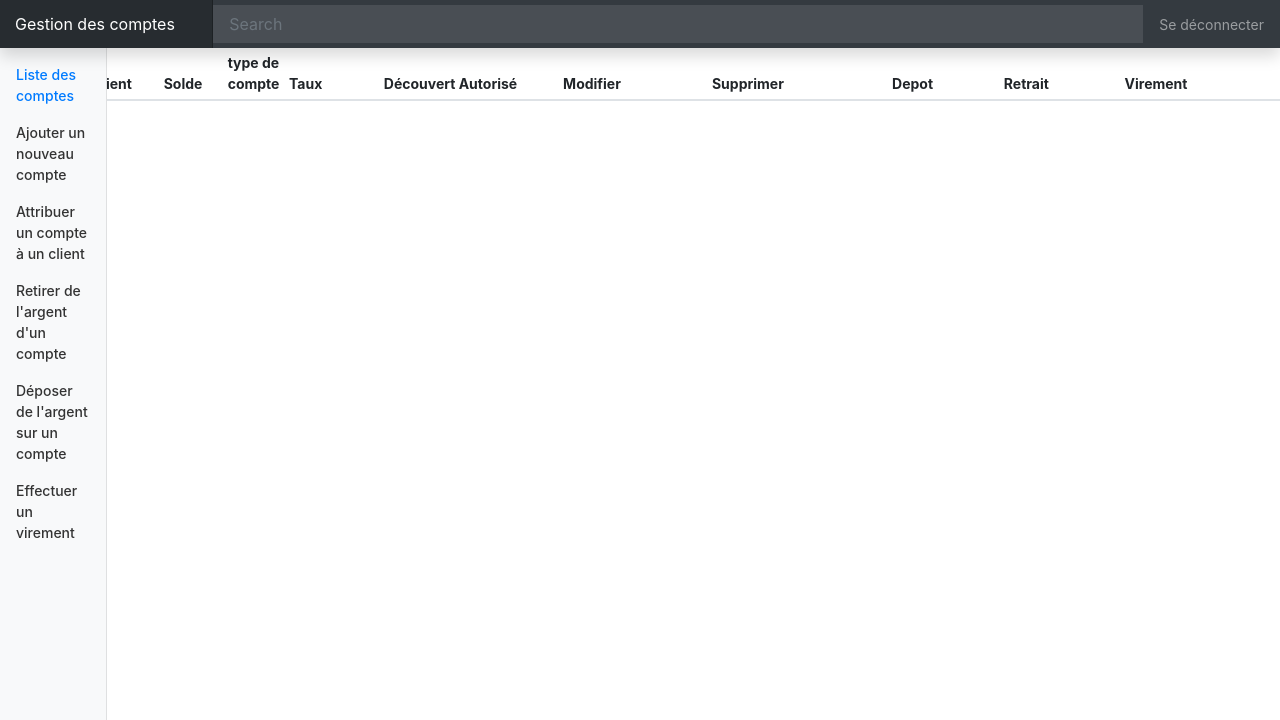
Repository: liiiseee/Projet
Page: http://localhost/02_projet_gestion_clients_compte/menu-comptes.jsp
The author's editor kept a copy of each file at every save. The page is drawn from the files as they stood at one save, then again after the next save.
The browser window is 1280 px wide. The pictures show the whole page.
The page is served by Tomcat 9. Other server files are loaded and not shown. The template is opened directly, without the code that normally fills it, so the values that code supplies are empty.

Above is the page before, as saved 2020-03-30 15:24:18.

### 02_projet_gestion_clients_compte/WebContent/menu-comptes.jsp
<%@ page language="java" contentType="text/html; charset=ISO-8859-1"
    pageEncoding="ISO-8859-1"%>

<%@ taglib uri="http://java.sun.com/jsp/jstl/core" prefix="c"%>
<!DOCTYPE html>
<html>
<head>
<meta charset="ISO-8859-1">
<title>liste comptes</title>
<link href="assets/styles/bootstrap.min.css" rel="stylesheet" >

 <style>
      .bd-placeholder-img {
        font-size: 1.125rem;
        text-anchor: middle;
        -webkit-user-select: none;
        -moz-user-select: none;
        -ms-user-select: none;
        user-select: none;
      }

      @media (min-width: 768px) {
        .bd-placeholder-img-lg {
          font-size: 3.5rem;
        }
      }
    </style>
    <!-- Custom styles for this template -->
    <link href="assets/styles/dashboard.css" rel="stylesheet">
</head>
<body>

    <nav class="navbar navbar-dark fixed-top bg-dark flex-md-nowrap p-0 shadow">
  <a class="navbar-brand col-sm-3 col-md-2 mr-0" href="#">Gestion des comptes</a>
  <input class="form-control form-control-dark w-100" type="text" placeholder="Search" aria-label="Search">
  <ul class="navbar-nav px-3">
    <li class="nav-item text-nowrap">
      <a class="nav-link" href="authentification-servlet?destroy=true">Se déconnecter</a>
    </li>
  </ul>
</nav>

<div class="container-fluid" >
  <div class="row">
    <nav class="col-md-1 d-none d-md-block bg-light sidebar" >
      <div class="sidebar-sticky">
        <ul class="nav flex-column">
          <li class="nav-item">
            <a class="nav-link active" href="#">
              <span data-feather="home"></span>
              Liste des comptes <span class="sr-only">(current)</span>
            </a>
          </li>
          <li class="nav-item">
            <a class="nav-link" href="ajout-compte.jsp">
              <span data-feather="file"></span>
              Ajouter un nouveau compte
            </a>
          </li>
          <li class="nav-item">
            <a class="nav-link" href="attribuer-compte.jsp">
              <span data-feather="file"></span>
              Attribuer un compte à un client
            </a>
          </li>
         <li class="nav-item">
          <input type="hidden" name="action" value="liste"/>
            <a class="nav-link" href="menu-retrait.jsp">
              <span data-feather="shopping-cart"></span>
              Retirer de l'argent d'un compte
            </a>
          </li>

          <li class="nav-item">
          <input type="hidden" name="action" value="dep"/>
            <a class="nav-link" href="menu-depot.jsp">
              <span data-feather="users"></span>
             Déposer de l'argent sur un compte
            </a>
          </li>
          <li class="nav-item">
            <a class="nav-link" href="#">
              <span data-feather="bar-chart-2"></span>
              Effectuer un virement
            </a>
          </li>
          </ul>



      </div>
    </nav>
    </div>
    </div>





   <h2>Liste des comptes</h2>

     <div class="table-responsive">
       <table  class="table table-striped table-sm">




          <thead >
            <tr>
              	<th class="col-md-1" style="width:5px;">ID</th>
              	<th class="col-md-1" style="width:10%;">Id du client</th>
	 			<th class="col-md-1" style="width:5%;">Solde</th>
	 			<th class="col-md-1" style="width:2%;">type de compte</th>
	 			<th class="col-md-1" style="width:10px;">Taux</th>
	 			<th class="col-md-1" style="width:10px;">Découvert Autorisé</th>
	 			<th class="col-md-1" style="width:10px;">Modifier</th>
	 			<th class="col-md-1" style="width:10px;">Supprimer</th>
	 			<th class="col-md-1" style="width:10px;">Depot</th>
	 			<th class="col-md-1" style="width:10px;">Retrait</th>
	 			<th class="col-md-1" style="width:10px;">Virement</th>

            </tr>
          </thead>
          <tbody>
            <c:forEach items="${liste_comptes}" var="compte">
	 			<tr>

	 				<td>${compte.idCompte }</td>
	 				<td> ${compte.clientID } </td>
	 				<td> ${compte.solde } </td>
	 				<td> ${compte.typeCompte } </td>
	 				<td> ${compte.taux } </td>
	 				<td> ${compte.decouvert } </td>
	 				<td>
	 					<a href="gestion-compte-servlet?action=modif&id-compte=${compte.idCompte}">modifier</a>
	 				</td>


	 				<td>
	 					<a href="gestion-compte-servlet?action=supp&id-compte=${compte.idCompte}">supprimer</a>
	 				</td>

	 				<td>
	 					<a href="gestion-compte-servlet?action=depot&id-compte=${compte.idCompte}">depot</a>
	 				</td>

	 				<td>
	 					<a href="gestion-compte-servlet?action=retrait&id-compte=${compte.idCompte}">retrait</a>
	 				</td>
	 				<td>
	 					<a href="gestion-compte-servlet?action=virement&id-compte=${compte.idCompte}">virement</a>
	 				</td>




	 				</tr>

            </c:forEach>


          </tbody>

        </table>

            </div>




</body>
</html>

### 02_projet_gestion_clients_compte/WebContent/assets/styles/dashboard.css
@charset "ISO-8859-1";

body {
  font-size: .875rem;
}

.feather {
  width: 16px;
  height: 16px;
  vertical-align: text-bottom;
}

/*
 * Sidebar
 */

.sidebar {
  position: fixed;
  top: 0;
  bottom: 0;
  left: 0;
  z-index: 100; /* Behind the navbar */
  padding: 48px 0 0; /* Height of navbar */
  box-shadow: inset -1px 0 0 rgba(0, 0, 0, .1);
}

.sidebar-sticky {
  position: relative;
  top: 0;
  height: calc(100vh - 48px);
  padding-top: .5rem;
  overflow-x: hidden;
  overflow-y: auto; /* Scrollable contents if viewport is shorter than content. */
}

@supports ((position: -webkit-sticky) or (position: sticky)) {
  .sidebar-sticky {
    position: -webkit-sticky;
    position: sticky;
  }
}

.sidebar .nav-link {
  font-weight: 500;
  color: #333;
}

.sidebar .nav-link .feather {
  margin-right: 4px;
  color: #999;
}

.sidebar .nav-link.active {
  color: #007bff;
}

.sidebar .nav-link:hover .feather,
.sidebar .nav-link.active .feather {
  color: inherit;
}

.sidebar-heading {
  font-size: .75rem;
  text-transform: uppercase;
}

/*
 * Content
 */

[role="main"] {
  padding-top: 133px; /* Space for fixed navbar */
}

@media (min-width: 768px) {
  [role="main"] {
    padding-top: 48px; /* Space for fixed navbar */
  }
}

/*
 * Navbar
 */

.navbar-brand {
  padding-top: .75rem;
  padding-bottom: .75rem;
  font-size: 1rem;
  background-color: rgba(0, 0, 0, .25);
  box-shadow: inset -1px 0 0 rgba(0, 0, 0, .25);
}

.navbar .form-control {
  padding: .75rem 1rem;
  border-width: 0;
  border-radius: 0;
}

.form-control-dark {
  color: #fff;
  background-color: rgba(255, 255, 255, .1);
  border-color: rgba(255, 255, 255, .1);
}

.form-control-dark:focus {
  border-color: transparent;
  box-shadow: 0 0 0 3px rgba(255, 255, 255, .25);
}

Loaded but not shown: 02_projet_gestion_clients_compte/WebContent/assets/styles/bootstrap.min.css (library)

After the next save:
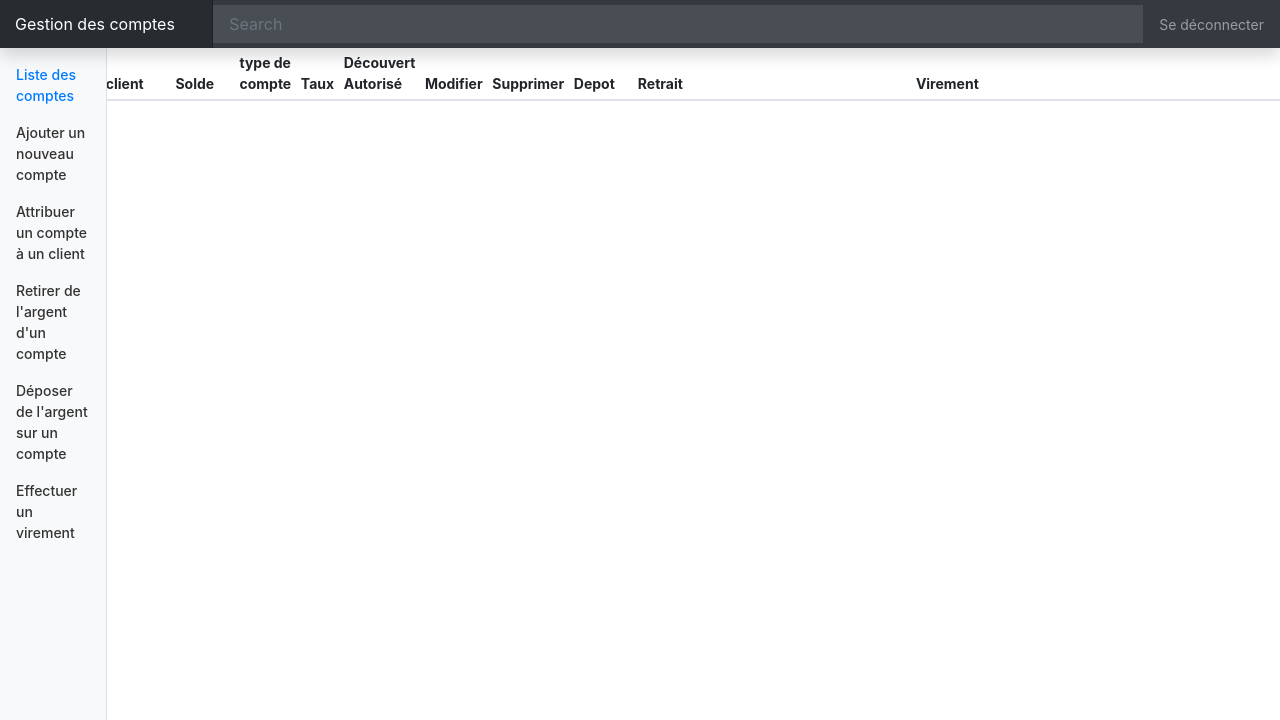
Saved 2 min 5 s later.
--- a/02_projet_gestion_clients_compte/WebContent/menu-comptes.jsp
+++ b/02_projet_gestion_clients_compte/WebContent/menu-comptes.jsp
@@ -107,15 +107,15 @@
 
           <thead >
             <tr>
-              	<th class="col-md-1" style="width:5px;">ID</th>
+              	<th class="col-md-1" style="width:5%;">ID</th>
               	<th class="col-md-1" style="width:10%;">Id du client</th>
 	 			<th class="col-md-1" style="width:5%;">Solde</th>
 	 			<th class="col-md-1" style="width:2%;">type de compte</th>
-	 			<th class="col-md-1" style="width:10px;">Taux</th>
-	 			<th class="col-md-1" style="width:10px;">Découvert Autorisé</th>
-	 			<th class="col-md-1" style="width:10px;">Modifier</th>
-	 			<th class="col-md-1" style="width:10px;">Supprimer</th>
-	 			<th class="col-md-1" style="width:10px;">Depot</th>
+	 			<th class="col-md-1" style="width:2%;">Taux</th>
+	 			<th class="col-md-1" style="width:2%;">Découvert Autorisé</th>
+	 			<th class="col-md-1" style="width:2%;">Modifier</th>
+	 			<th class="col-md-1" style="width:5%;">Supprimer</th>
+	 			<th class="col-md-1" style="width:5%;">Depot</th>
 	 			<th class="col-md-1" style="width:10px;">Retrait</th>
 	 			<th class="col-md-1" style="width:10px;">Virement</th>
 
